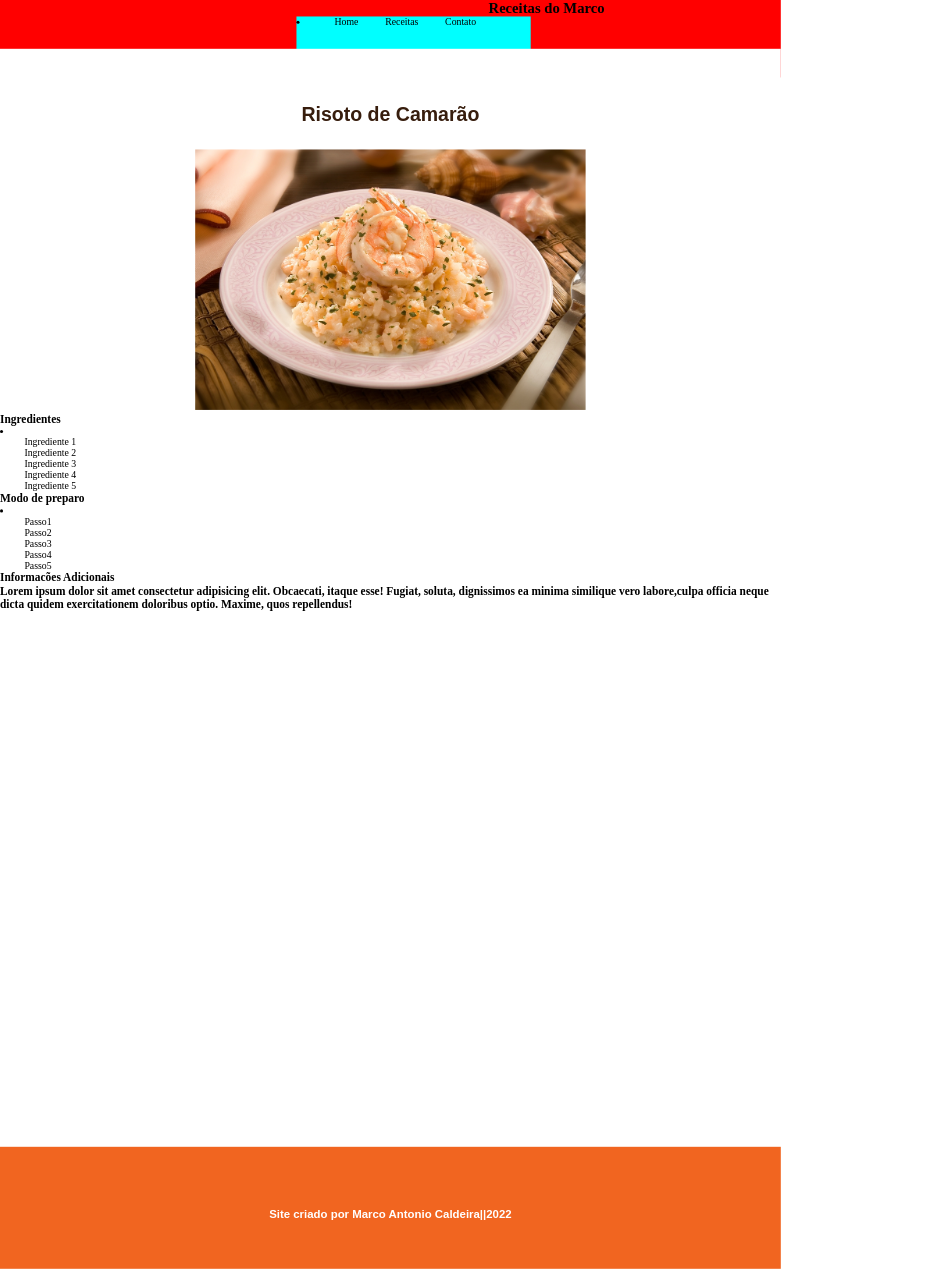
Repository: MarcoantonioCaldeira/Aprendizados-e-Conhecimentos
Page: Receitas da Casa/index.html
An editor plug-in stored every save of this project. The page is shown before and after the next save, followed by the edit.
The browser window is 1280 px wide. The page is 1536 px wide, so the pictures cover 1536 px, including what lies to the right of the window. The pictures show the whole page, at 61% of full size.

Above is the page before, as saved 2022-05-26 00:10:16.

After the next save:
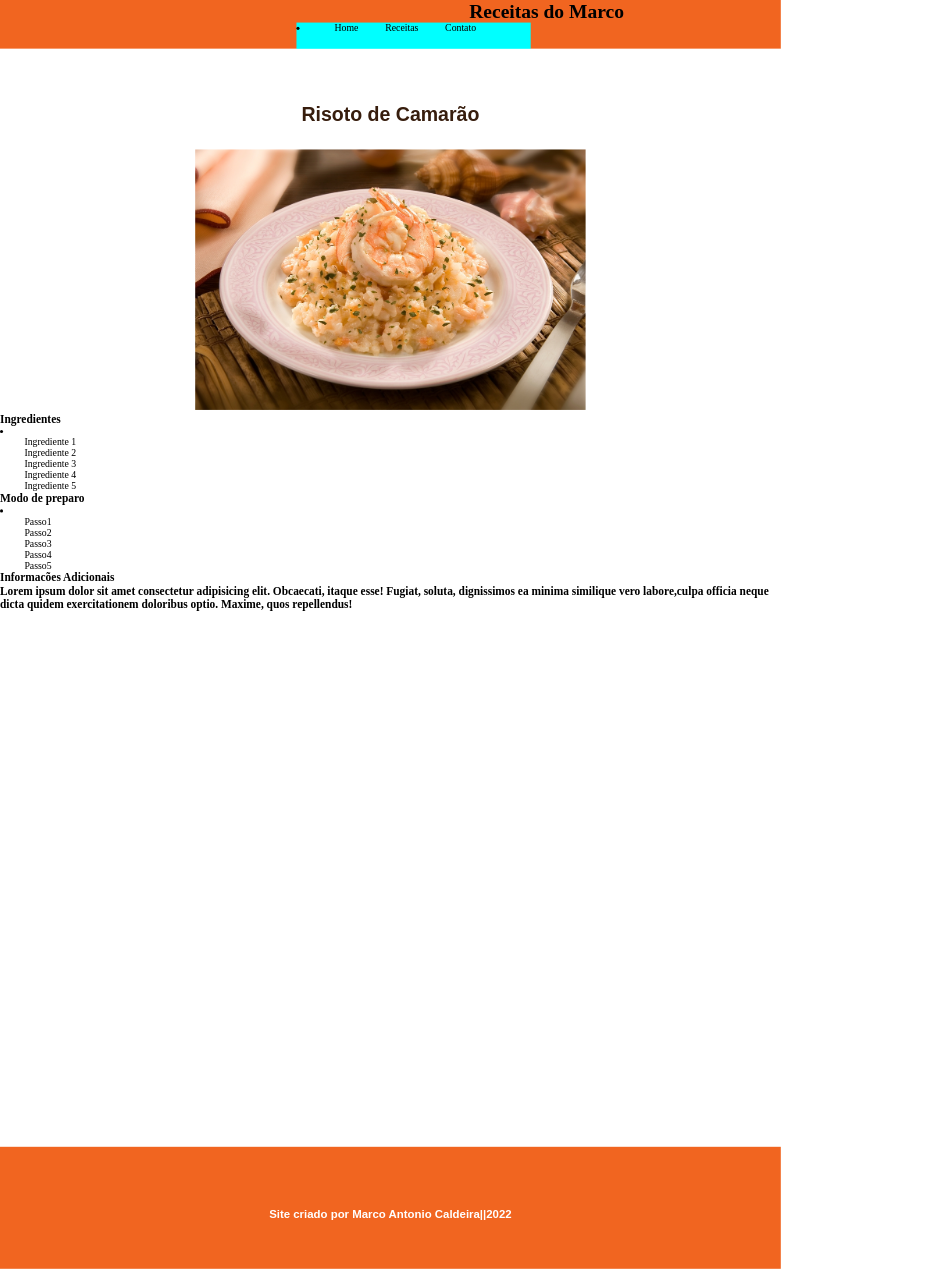
Saved 34 s later.
--- a/Receitas da Casa/index.html
+++ b/Receitas da Casa/index.html
@@ -10,14 +10,14 @@
     </head>
     <body>
         <header id="topo">
-            <nav>
+
                <h1 class="titulo_logo">Receitas do Marco</h1>
                <li class="li-topo">
                   <ul class="ul-topo" href="#">Home</ul>
                   <ul class="ul-topo" href="#">Receitas</ul>
                   <ul class="ul-topo" href="#">Contato</ul>
                 </li>
-            </nav>
+
         </header>
         <main id="corpo">
             <h1 class="titulo-receita">Risoto de Camarão</h1>

After the save that followed:
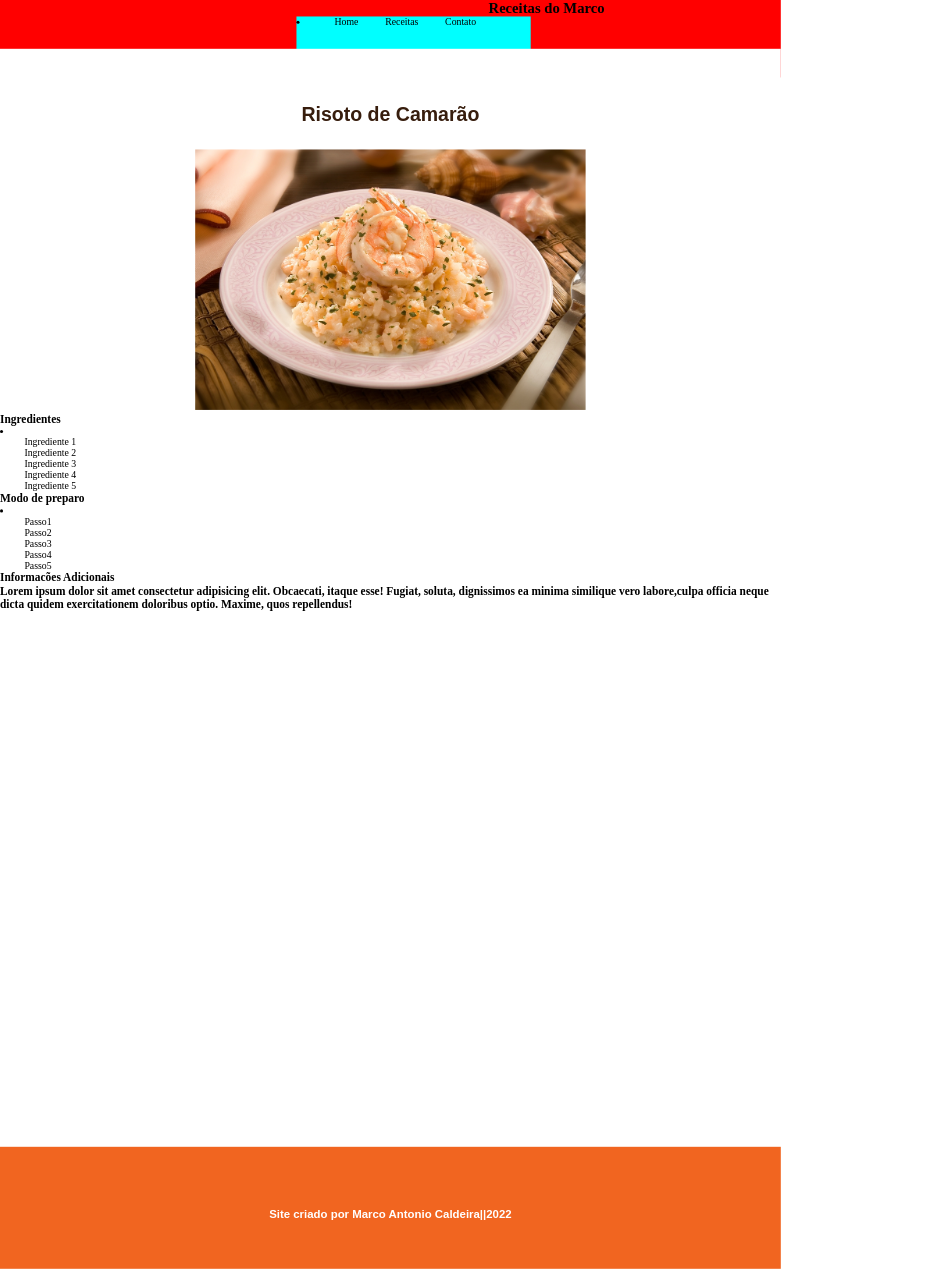
Saved 12 s later.
--- a/Receitas da Casa/index.html
+++ b/Receitas da Casa/index.html
@@ -10,14 +10,14 @@
     </head>
     <body>
         <header id="topo">
-
+            <nav>
                <h1 class="titulo_logo">Receitas do Marco</h1>
                <li class="li-topo">
                   <ul class="ul-topo" href="#">Home</ul>
                   <ul class="ul-topo" href="#">Receitas</ul>
                   <ul class="ul-topo" href="#">Contato</ul>
                 </li>
-
+            </nav>
         </header>
         <main id="corpo">
             <h1 class="titulo-receita">Risoto de Camarão</h1>
